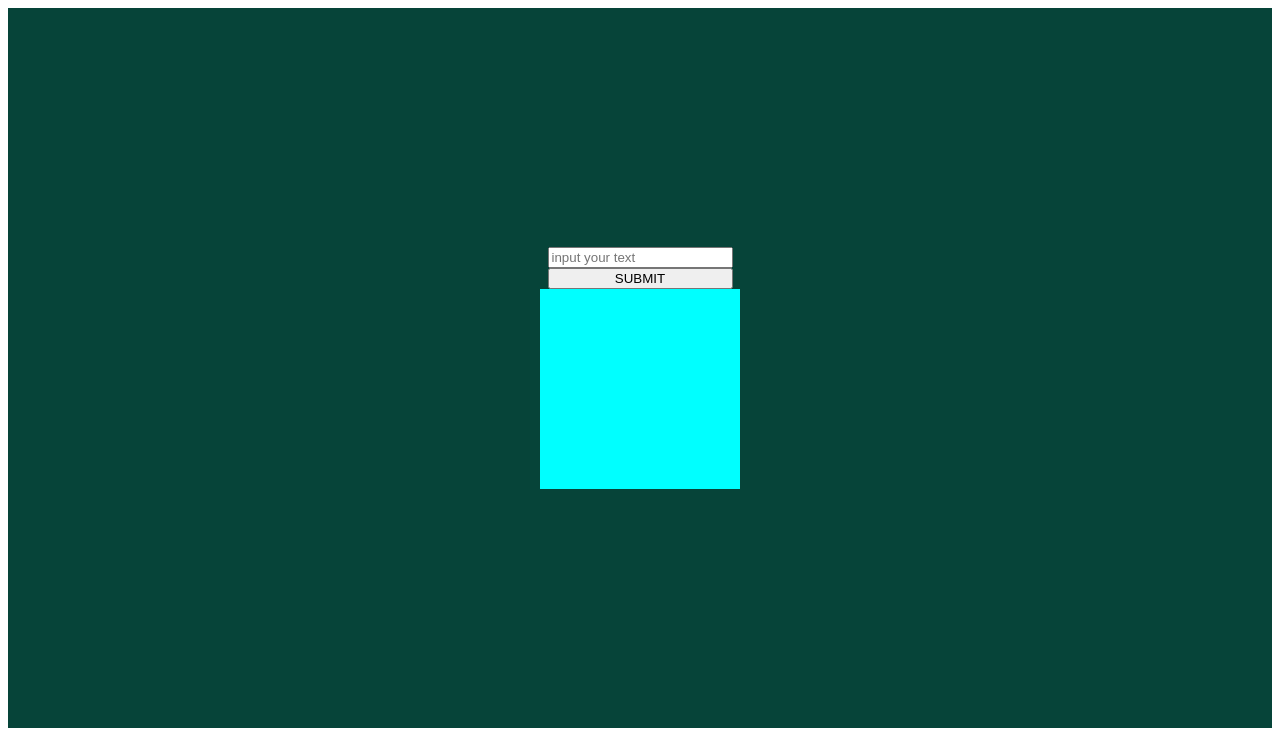
Repository: haykgrigoryan077/wheater-forecast
Page: /
These files come from the project's save history. The page is drawn as it stood at one moment and after the next save; the edit follows.
The browser window is 1280 px wide. The pictures show the whole page.
The page's requests for data from a server got no answer. The project was rebuilt for these pictures with package versions that can differ from the ones it lists, and the page was loaded fresh each time. No one was signed in, and anything a server would have sent is missing. Also part of the build but not shown: src/index.css.

Above is the page before, as saved 2022-08-25 16:12:08.

After the next save:
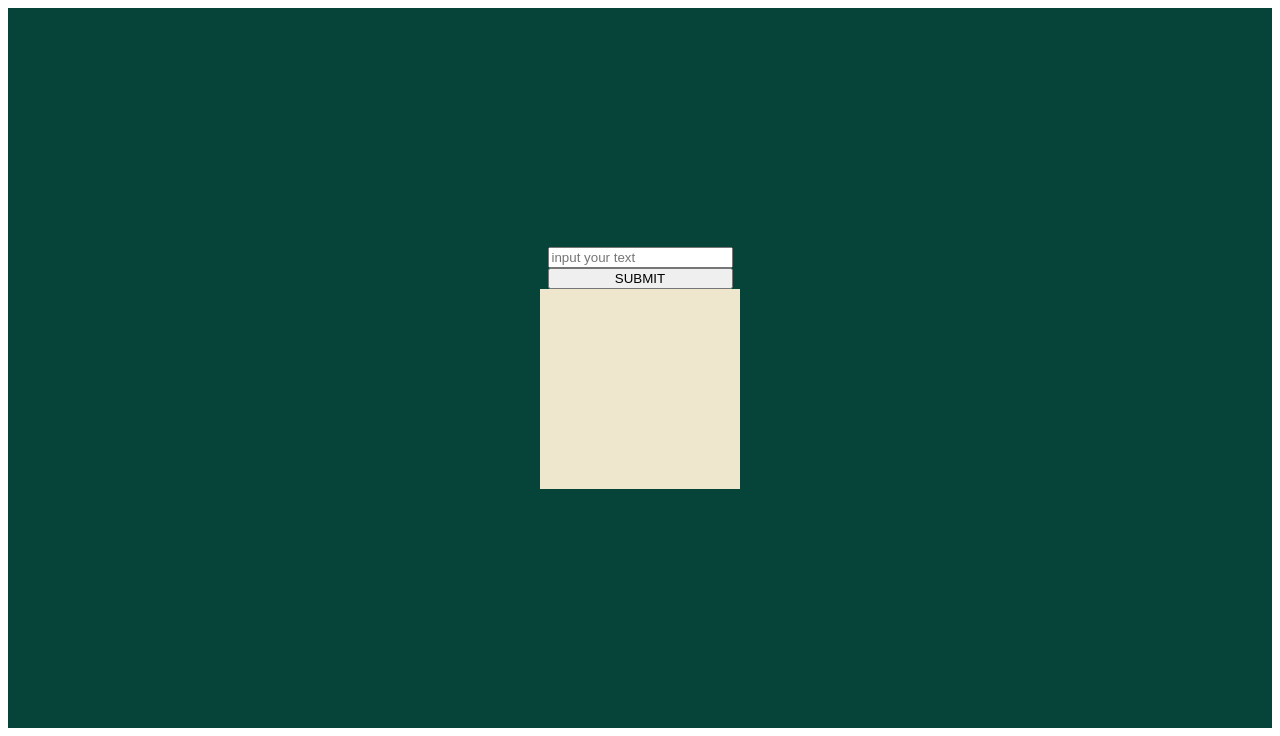
Saved 21 s later.
--- a/src/ShowData/style.css
+++ b/src/ShowData/style.css
@@ -1,5 +1,5 @@
 .wheatherInfoBox {
     width: 200px;
     height: 200px;
-    background-color: aqua;
+    background-color: #EEE7CE;
 }
